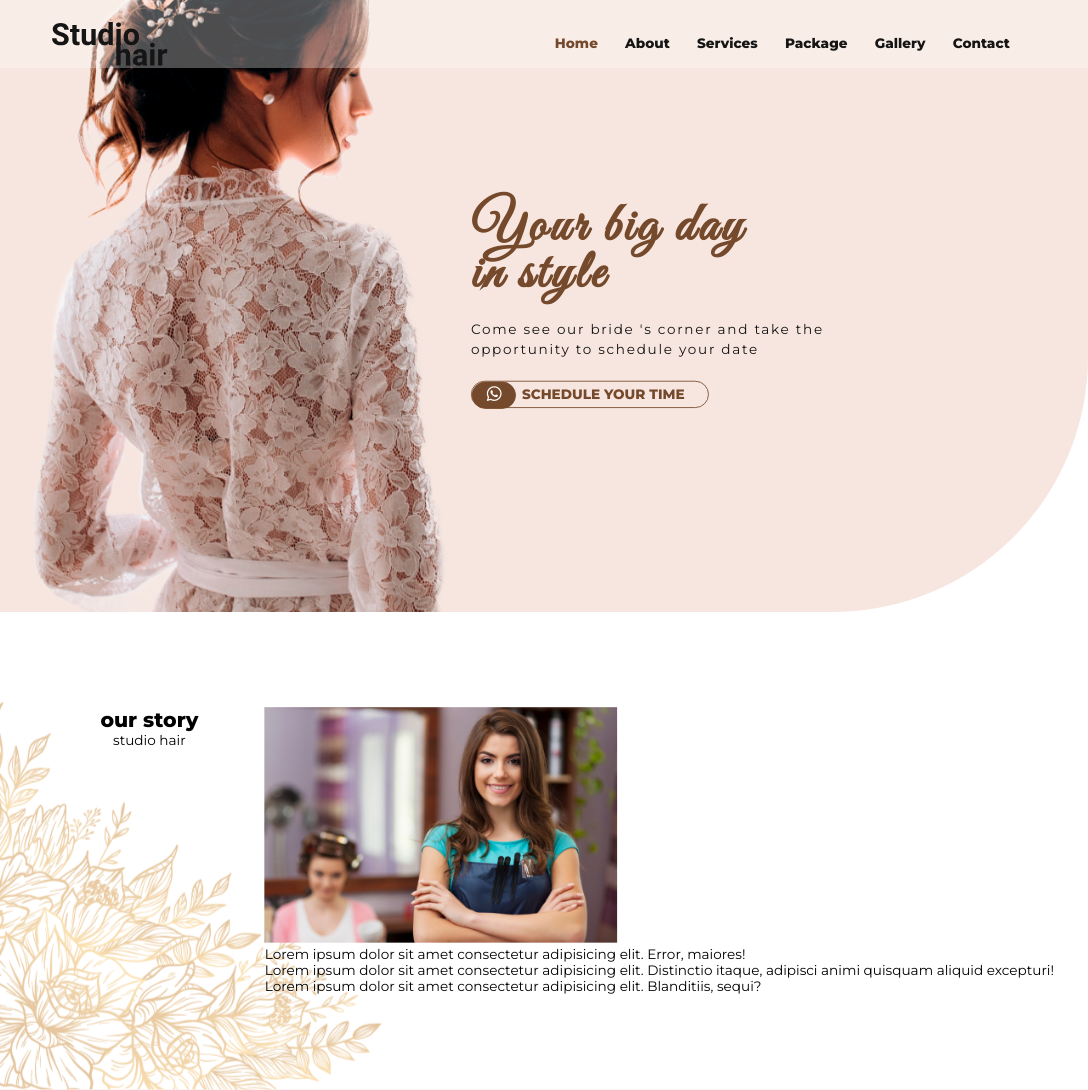
Repository: TuanHuflit2k1/clone-web01
Page: index.html
An editor plug-in stored every save of this project. The page is shown before and after a run of saves, followed by the edit.
The browser window is 1280 px wide. The pictures show the whole page, at 85% of full size.
Some web libraries are served in a nearby version.

Above is the page before, as saved 2022-04-28 11:10:29.

After the next 9 saves:
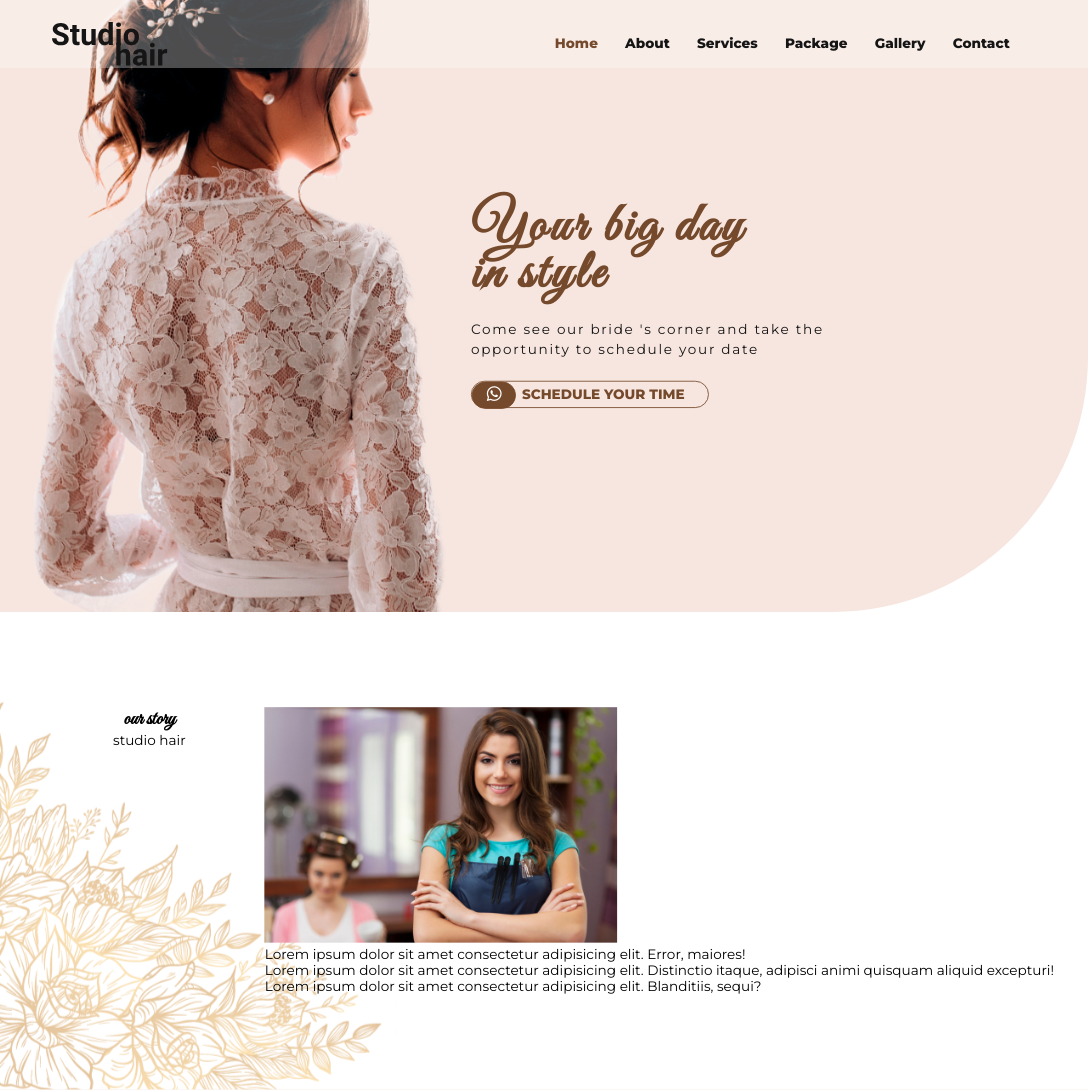
The 9 saves are shown as one change because they came seconds apart.
The last was saved 40 s later.
--- a/style.css
+++ b/style.css
@@ -222,7 +222,8 @@
   margin: 0 auto;
 }
 .section-title h1 {
-
+    font-family: var(--font-cursive);
+    font-size: var();
 }
 @media (max-width: 920px) {
   .nav-menu {
